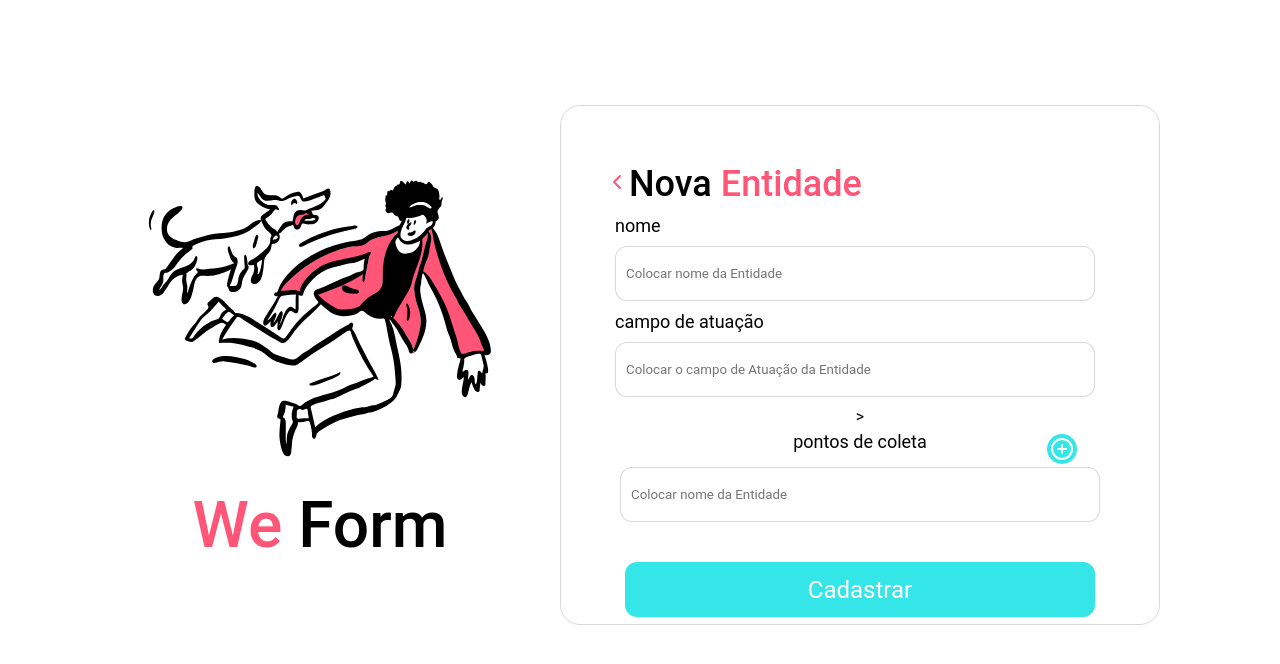
Repository: guilhermecardoso93/we-form
Page: nova-entidade.html
These files come from the project's save history. The page is drawn as it stood at one moment and after the next save; the edit follows.
The browser window is 1280 px wide. The pictures show the whole page.
Some web libraries are served in a nearby version.

Above is the page before, as saved 2024-06-09 18:30:04.

### nova-entidade.html
<!DOCTYPE html>
<html lang="pt-BR">

    <head>
        <meta charset="UTF-8">
        <meta name="viewport" content="width=device-width, initial-scale=1.0">
        <link rel="stylesheet"
            href="https://cdnjs.cloudflare.com/ajax/libs/font-awesome/5.13.1/css/all.min.css">
        <link rel="stylesheet" href="./styles.css">
        <title>We Form</title>
    </head>

    <body>
        <div class="content">

            <aside>
                <img src="./assets/hero.svg"
                    alt="Ilustração mulher com cachorro" />
                <h1>
                    <span>We</span> Form
                </h1>
            </aside>

            <main>
                <div class="header">
                    <a href="/">
                        <img src="./assets/arrow-back.svg" alt="seta" />
                        </a href="/">
                        <h2>Nova <span>Entidade</span></h2>
                    </div>

                    <form>
                        <label form="nome">Nome</label>
                        <input type="text"
                            placeholder="Colocar nome da Entidade" id="nome">

                        <label form="field">Campo de Atuação</label>
                        <input type="text"
                            placeholder="Colocar o campo de Atuação da Entidade"
                            id="field">

                        <div class="points-things">>
                            <label form="points">Pontos de coleta</label>

                            <input type="text"
                                placeholder="Colocar nome da Entidade"
                                id="points">
                            <button>
                                <img src="./assets/plus.svg" alt />
                            </button>

                        </div>
                    </form>
                    <div class="buttons">
                        <button>
                            <a href="http://">Cadastrar </a>
                        </div>

                    </main>
                </div>
            </body>

        </html>

### styles.css
* {
  padding: 0;
  margin: 0;
  box-sizing: border-box;
  font-family: Roboto, sans-serif;
}

:root {
  font-size: 62.5%;
  --border-color: .1rem solid rgba(0, 0, 0, 0.15);
}

body {
  font-size: 1.6rem;
  text-decoration: none;
}

.content {
  display: flex;
  flex-wrap: wrap-reverse;
  align-items: center;
  justify-content: center;
  gap: 4rem;
  margin: 10.5rem 0 4rem 0;
}


aside {
  display: flex;
  flex-direction: column;
  align-items: center;
  justify-content: center;
  gap: 2rem;
}

aside h1 {
  font-size: 6.4rem;
  font-weight: 500;
  line-height: 75px;
}

aside h1>span, main h2>span {
  color: #FF5678;
}

aside img {
  width: 40rem;
}


main {
  width: 60rem;
  height: 52rem;
  border: var(--border-color);
  border-radius: 20px;
  padding: 5.7rem 4.4rem;
  position: relative;
}

main h2 {
  max-width: 43rem;
  font-size: 3.6rem;
  font-weight: 500;
}

.buttons {
  display: flex;
  flex-direction: column;
  justify-content: center;
  gap: 3.5rem;
  margin: 2rem;
}


.buttons button {
  background-color: #35e6e9;
  height: 5.5rem;
  border: none;
  border-radius: 12px;
}

.buttons button:hover {
  opacity: 0.5;
}

.buttons button a {
  text-decoration: none;
  color: #fff;
  font-size: 2.4rem;
}

.buttons button+button {
  background-color: #FF5678;
}

.footer {
  display: flex;
  flex-direction: column;
  align-items: center;
  justify-content: center;
  gap: 1rem;
}

.footer p {
  font-size: 1.6rem;
  margin-top: 8rem;
}

.footer a {
  font-size: 1.2rem;
  color: #000;
  text-decoration: none;
}

main form {
  display: flex;
  flex-direction: column;
  padding: 1rem;
}

main form input {
  width: 48rem;
  height: 5.5rem;
  background-color: #ffff;
  border: var(--border-color);
  border-radius: 12px;
  padding: 1rem;
  margin-bottom: 1rem;
}


main form label {
  font-size: 1.8rem;
  font-weight: 400;
  text-transform: lowercase;
  margin-bottom: 1rem;
  display: block;
}

.header {
  display: flex;
  align-items: center;
}

.points-things {
  display: flex;
  flex-direction: column;
  justify-content: space-between;
  align-items: center;
  gap: 0.5rem;
  position: relative;
}

.points-things button {
  display: flex;
  border: none;
  border-radius: 50px;
  height: 30px;
  width: 30px;
  align-items: center;
  justify-content: center;
  background-color: #35e6e9;
  position: absolute;
  right: 2.8rem;
  top: 2.7rem;

}

### assets/arrow-back.svg
<svg xmlns="http://www.w3.org/2000/svg" width="24" height="24" viewBox="0 0 24 24" fill="none" stroke="#FF5678" stroke-width="2" stroke-linecap="round" stroke-linejoin="round" class="lucide lucide-chevron-left"><path d="m15 18-6-6 6-6"/></svg>

### assets/plus.svg
<svg xmlns="http://www.w3.org/2000/svg" width="24" height="24" viewBox="0 0 24 24" fill="none" stroke="#fff" stroke-width="2" stroke-linecap="round" stroke-linejoin="round" class="lucide lucide-circle-plus"><circle cx="12" cy="12" r="10"/><path d="M8 12h8"/><path d="M12 8v8"/></svg>

After the next save:
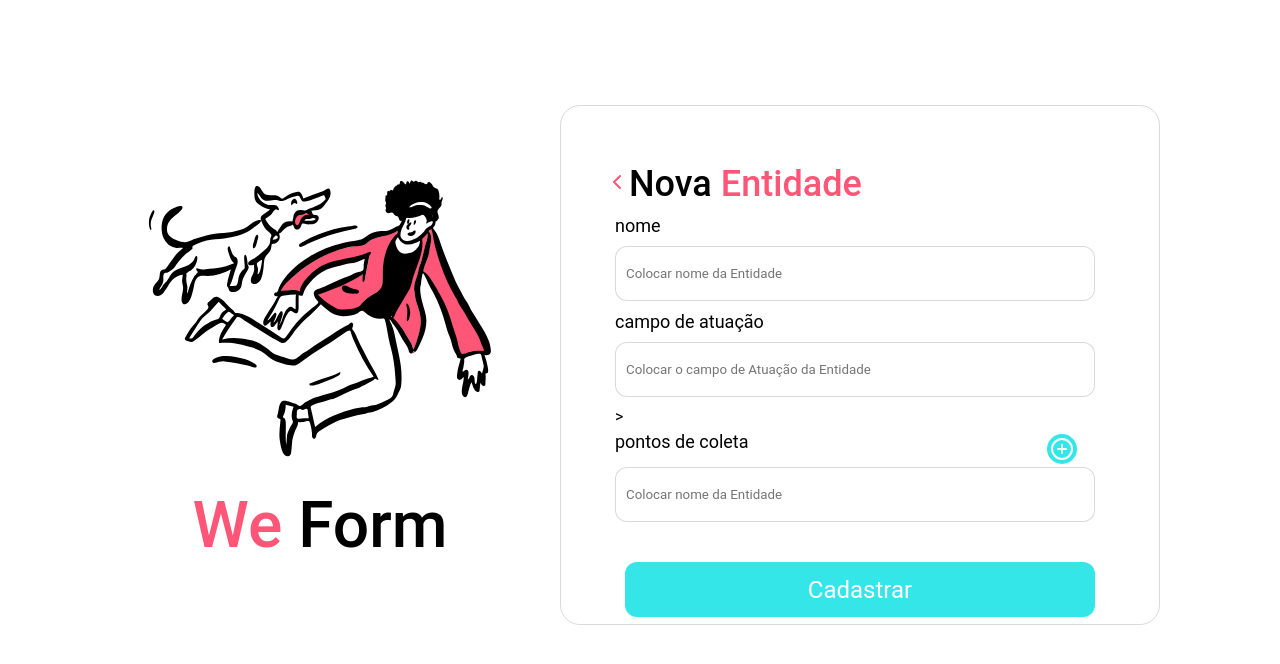
Saved 12 s later.
--- a/styles.css
+++ b/styles.css
@@ -146,7 +146,7 @@ main form label {
   display: flex;
   flex-direction: column;
   justify-content: space-between;
-  align-items: center;
+  align-items: start;
   gap: 0.5rem;
   position: relative;
 }
